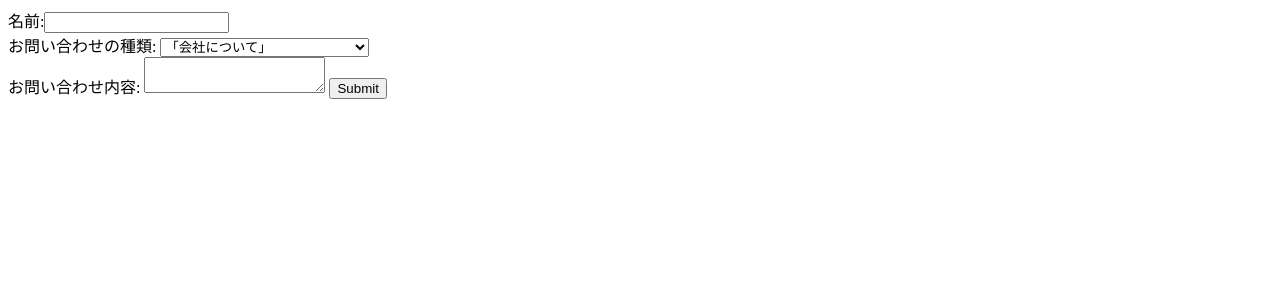
Repository: sakku-14/sukkiri_servlet
Page: http://localhost/lucky/ex5_2.jsp
An editor plug-in stored every save of this project. The page is shown before and after the next save, followed by the edit.
The browser window is 1280 px wide. The pictures show the whole page.
The page is served by Tomcat 9.

Above is the page before, as saved 2021-10-18 02:21:53.

After the next save:
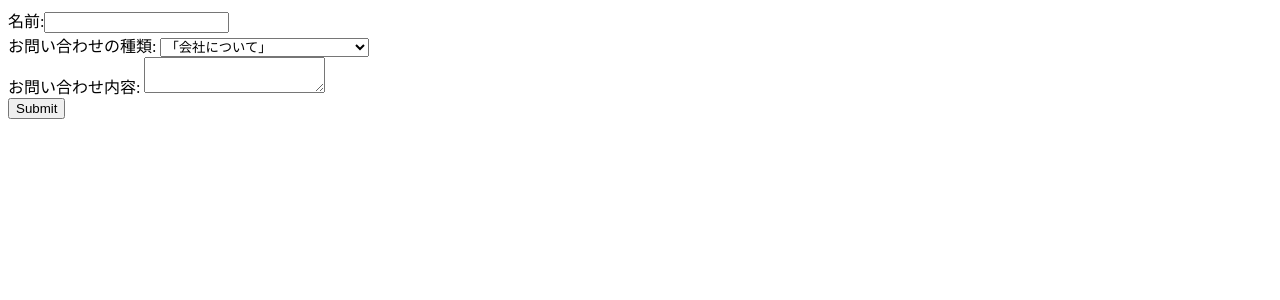
Saved 13 s later.
--- a/lucky/src/main/webapp/ex5_2.jsp
+++ b/lucky/src/main/webapp/ex5_2.jsp
@@ -16,7 +16,7 @@
 <option value="support">「アフターサポートについて」</option>
 </select><br>
 お問い合わせ内容:
-<textarea name="body"></textarea>
+<textarea name="body"></textarea><br>
 <input type="submit">
 </form>
 </body>
